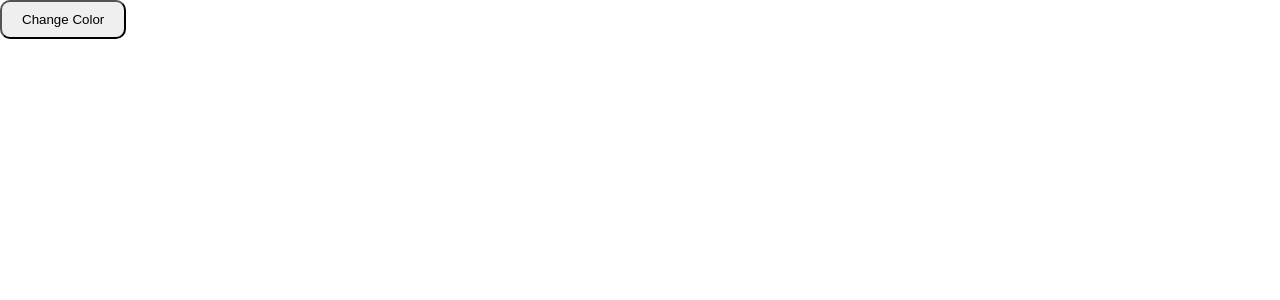
Repository: minhvtQA/randomBackgroundColor
Page: index.html
An editor plug-in stored every save of this project. The page is shown before and after the next save, followed by the edit.
The browser window is 1280 px wide. The pictures show the whole page.

Above is the page before, as saved 2021-11-07 16:53:52.

### index.html
<!DOCTYPE html>
<html lang="en">
<head>
    <meta charset="UTF-8">
    <meta http-equiv="X-UA-Compatible" content="IE=edge">
    <meta name="viewport" content="width=device-width, initial-scale=1.0">
    <title>Document</title>

    <link rel="stylesheet" href="reset.css">
    <link rel="stylesheet" href="styles.css">
    <link href="https://fonts.googleapis.com/css2?family=Poppins:wght@100;300;700&display=swap" rel="stylesheet">
    <link rel="stylesheet" href="https://cdnjs.cloudflare.com/ajax/libs/font-awesome/6.0.0-beta2/css/all.min.css" integrity="sha512-YWzhKL2whUzgiheMoBFwW8CKV4qpHQAEuvilg9FAn5VJUDwKZZxkJNuGM4XkWuk94WCrrwslk8yWNGmY1EduTA==" crossorigin="anonymous" referrerpolicy="no-referrer" />
</head>
<body>
    <div class="background">
        <button>Change Color</button>
    </div>
    <script src=""></script>
</body>
</html>

### styles.css
html {
  margin: 0;
  padding: 0;
  font-size: 62.5%;
}
button {
  padding: 1rem 2rem;
  border-radius: 1rem;
  text-align: center;
}

Loaded but not shown: reset.css (common file)

After the next save:
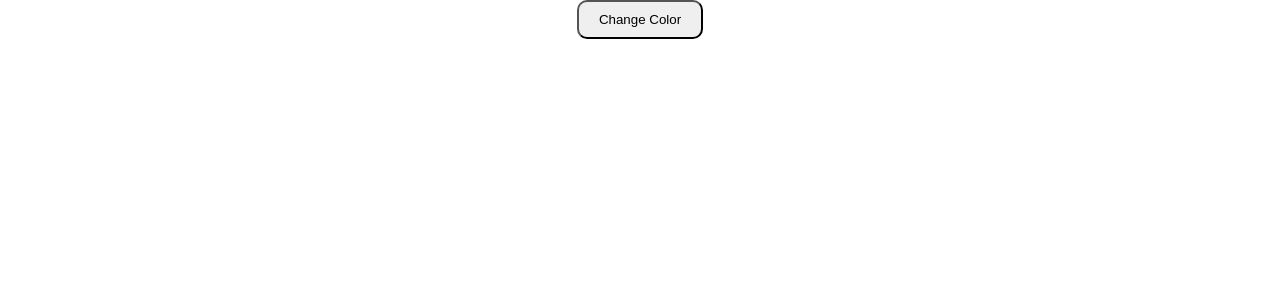
Saved 16 s later.
--- a/styles.css
+++ b/styles.css
@@ -2,6 +2,9 @@ html {
   margin: 0;
   padding: 0;
   font-size: 62.5%;
+}
+.background {
+  text-align: center;
 }
 button {
   padding: 1rem 2rem;
